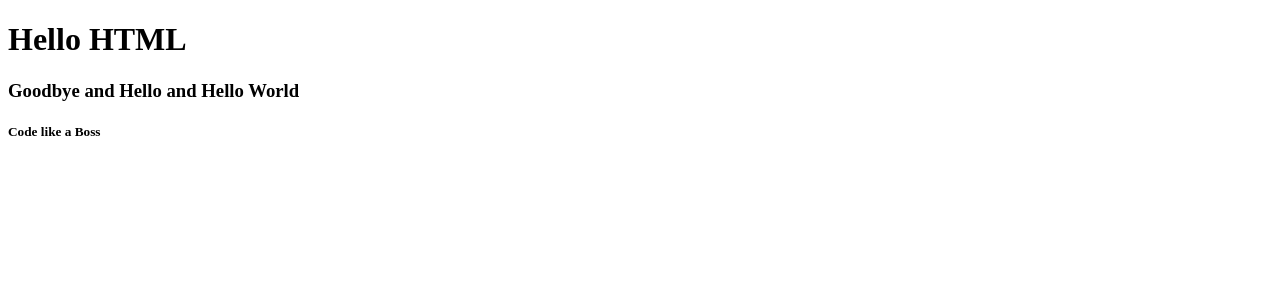
Repository: amilevich/1028PegaUSF
Page: workspace-sts-3.9.4.RELEASE/HelloHTML/src/main/webapp/index.html
An editor plug-in stored every save of this project. The page is shown before and after the next save, followed by the edit.
The browser window is 1280 px wide. The pictures show the whole page.

Above is the page before, as saved 2019-11-21 19:51:40.

### workspace-sts-3.9.4.RELEASE/HelloHTML/src/main/webapp/index.html
<!DOCTYPE html>
<html>
<head>
<meta charset="UTF-8">
<title>Super Amazing Web Page</title>
</head>
<body>

<h1>Hello HTML</h1>
<h3>Goodbye and Hello and Hello World</h3>
<h5>Code like a Boss</h5>

</body>
</html>

After the next save:
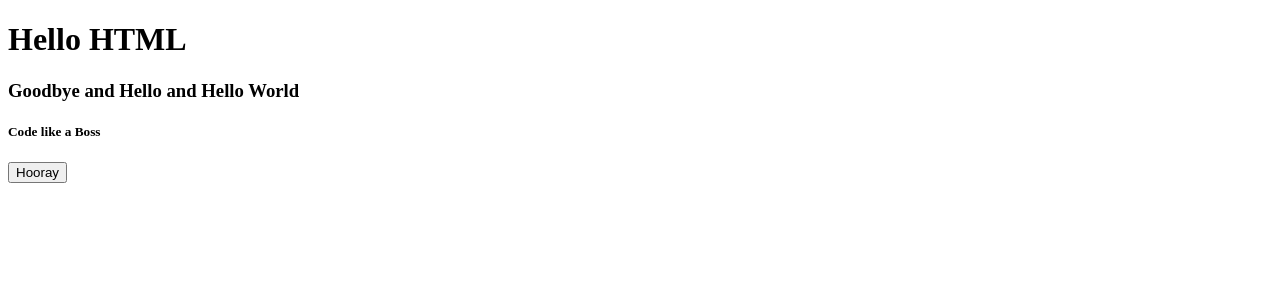
Saved 7 min 28 s later.
--- a/workspace-sts-3.9.4.RELEASE/HelloHTML/src/main/webapp/index.html
+++ b/workspace-sts-3.9.4.RELEASE/HelloHTML/src/main/webapp/index.html
@@ -10,5 +10,7 @@
 <h3>Goodbye and Hello and Hello World</h3>
 <h5>Code like a Boss</h5>
 
+<button>Hooray</button>
+
 </body>
 </html>
